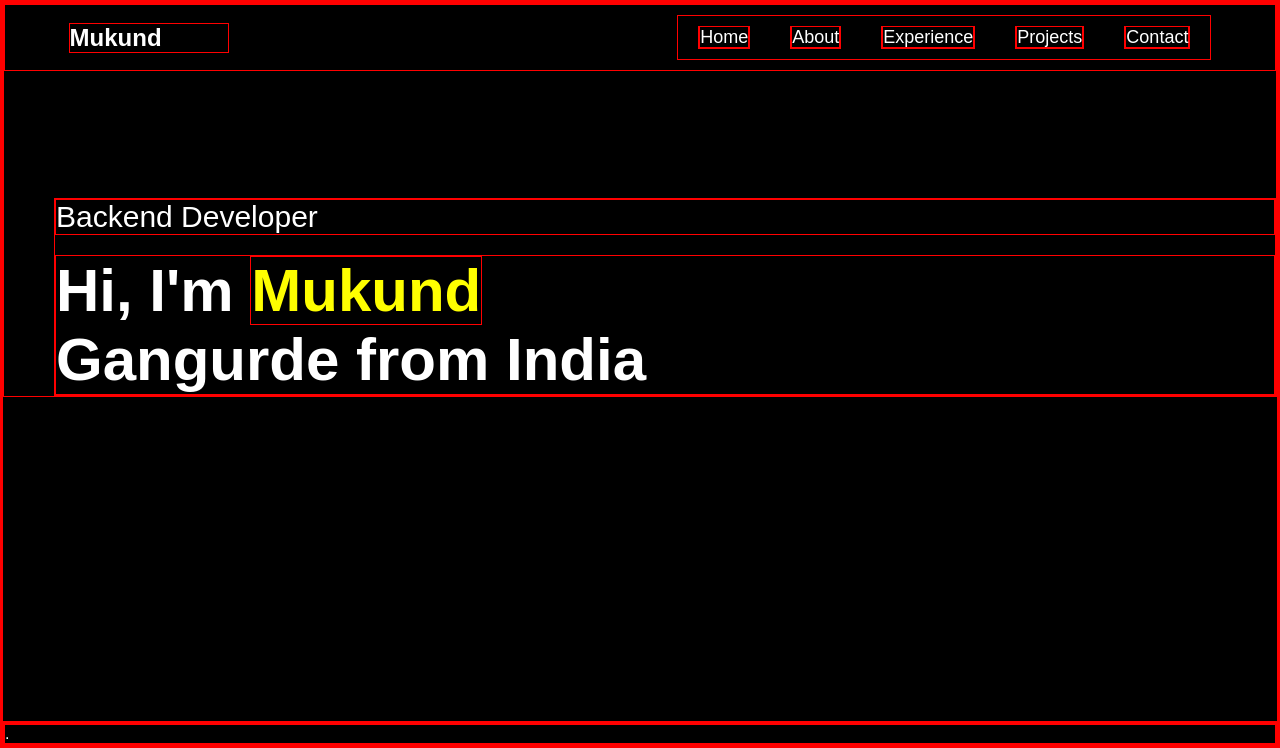
Repository: mukundgangurde/expense-tracker
Page: index.html
The author's editor kept a copy of each file at every save. The page is drawn from the files as they stood at one save, then again after the next save.
The browser window is 1280 px wide. The pictures show the whole page.

Above is the page before, as saved 2025-11-02 19:09:25.

### index.html
<!DOCTYPE html>
<html lang="en">

<head>
  <meta charset="UTF-8">
  <meta name="viewport" content="width=device-width, initial-scale=1.0">
  <title>Portfolio - Mukund Gangurde</title>
  <link rel="stylesheet" href="style.css">
</head>

<body>
  <!-- Header -->
  <div id="header">
    <div id="container">
      <!-- Navigation Bar -->
      <nav>
        <h1 id="logo">Mukund</h1>
        <ul>
          <li><a href="#">Home</a></li>
          <li><a href="#">About</a></li>
          <li><a href="#">Experience</a></li>
          <li><a href="#">Projects</a></li>
          <li><a href="#">Contact</a></li>
        </ul>
      </nav>
      <!-- /Navigation Bar -->

      <div class="header-text">
        <p>Backend Developer</p>
        <h1>Hi, I'm <span>Mukund</span><br>Gangurde from India</h1>
      </div>
    </div>
  </div>
  <!-- /Header -->

  <div id="about">
    <div id="container">
      <div class="row">
        .
      </div>
    </div>
  </div>
</body>

</html>

### style.css
* {
  margin: 0;
  padding: 0;
  /* font-family: Brush Script MT; */
  font-family: Arial, Helvetica, sans-serif;
  box-sizing: border-box;
  border: 1px solid red;
}

body {
  background-color: black;
  color: white;
}

#header {
  width : 100%;
  height: 100vh;
  /* background-image: url(images/background.img); */
  /* background-size: cover; */
  /* background-position: center; */
}

#logo {
  width: 160px;
}

nav {
  display: flex;
  justify-content: space-between;
  align-items: center;
  flex-wrap: wrap;
  padding: 10px 5%;
}

ul {
  display: flex;
  justify-content: space-between;
  font-size: 18px;
}

nav ul li {
  display: inline-block;
  list-style-type: none;
  margin: 10px 20px;
}

nav ul li a {
  color: white;
  text-decoration: none;
}

.header-text {
  margin-top: 10%;
  margin-left: 50px;
  font-size: 30px;
}

.header-text h1 {
  margin-top: 20px;
  font-size: 60px;
}

.header-text h1 span {
  color: yellow;
}

After the next save:
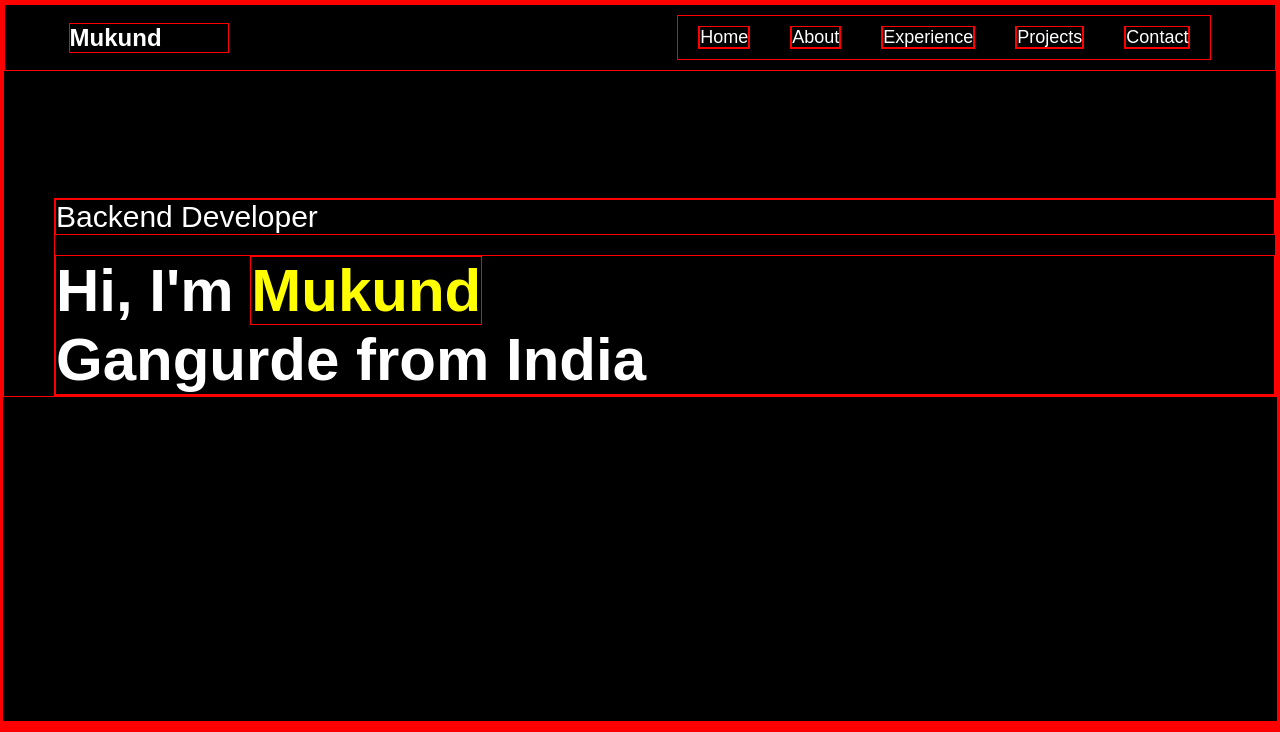
Saved 6 s later.
--- a/index.html
+++ b/index.html
@@ -36,7 +36,7 @@
   <div id="about">
     <div id="container">
       <div class="row">
-        .
+        <div class="about-col-1"></div>
       </div>
     </div>
   </div>
